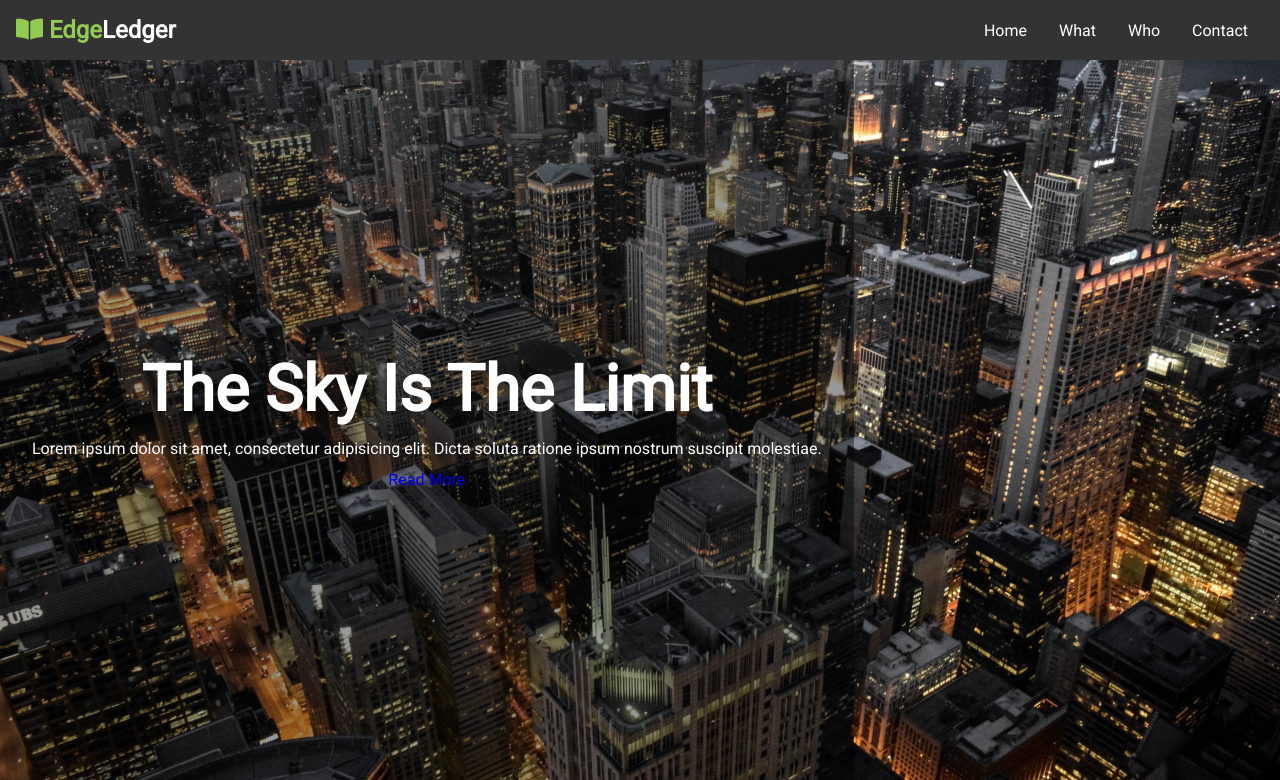
Repository: dimlutine/EdgeLedger
Page: index.html
The author's editor kept a copy of each file at every save. The page is drawn from the files as they stood at one save, then again after the next save.
The browser window is 1280 px wide. The pictures show the whole page.
Some web libraries are served in a nearby version.

Above is the page before, as saved 2019-07-06 18:56:00.

### index.html
<!DOCTYPE html>
<html lang="en">

<head>
    <meta charset="UTF-8">
    <meta name="viewport" content="width=device-width, initial-scale=1.0">
    <meta http-equiv="X-UA-Compatible" content="ie=edge">
    <link rel="stylesheet" href="https://use.fontawesome.com/releases/v5.6.3/css/all.css" integrity="sha384-UHRtZLI+pbxtHCWp1t77Bi1L4ZtiqrqD80Kn4Z8NTSRyMA2Fd33n5dQ8lWUE00s/" crossorigin="anonymous">
    <link rel="stylesheet" media="screen and (max-width: 768px)" href="css/mobile.css">
    <link rel="stylesheet" media="screeb abd (min-width: 1100px)" href="css/widescreen.css">
    <link rel="stylesheet" href="css/style.css">
    <title>EdgeLedger Financial | Accounting & Investment</title>
</head>

<body id="home">
    <!-- Navbar -->
    <nav id="navbar">
        <h1 class="logo">
            <span class="text-primary"><i class="fas fa-book-open"></i> Edge</span>Ledger
        </h1>
        <ul>
            <li><a href="#home">Home</a></li>
            <li><a href="#what">What</a></li>
            <li><a href="#who">Who</a></li>
            <li><a href="#contacts">Contact</a></li>
        </ul>
    </nav>
    <!-- Header: Showcase -->
    <header id="showcase">
        <div class="showcase-content">
            <h1 class="l-heading">
                The Sky Is The Limit
            </h1>
            <p class="lead">Lorem ipsum dolor sit amet, consectetur adipisicing elit. Dicta soluta ratione ipsum nostrum suscipit molestiae.</p>
            <a href="#what" class="btn">Read More</a>
        </div>
    </header>
</body>

</html>

### css/style.css
@import url('https://fonts.googleapis.com/css?family=Roboto&display=swap');
* {
    margin: 0;
    padding: 0;
}

body {
    font-family: 'Roboto', sans-serif;
}

a {
    text-decoration: none;
}

p {
    margin: .75rem 0;
}


/* Utility Classes */

.text-primary {
    color: #93cb52;
}

.l-heading {
    font-size: 4rem;
}


/* Navbar */

#navbar {
    display: flex;
    position: sticky;
    top: 0;
    background: #333;
    color: #fff;
    justify-content: space-between;
    z-index: 1;
    padding: 1rem;
}

#navbar ul {
    display: flex;
    align-items: center;
    list-style: none;
}

#navbar ul li a {
    color: #fff;
    padding: 0.75rem;
    margin: 0 0.25rem;
}

#navbar ul li a:hover {
    background: #93cb52;
    border-radius: 5px;
}


/* Showcase */

#showcase {
    background: #333 url(../img/showcase.jpg) no-repeat center center/cover;
    height: 100vh;
    color: #fff;
}

#showcase .showcase-content {
    height: 100%;
    display: flex;
    flex-direction: column;
    justify-content: center;
    text-align: center;
    align-items: center;
    padding: 0 2rem;
    /* Overlay */
    position: absolute;
    top: 60px;
    left: 0;
    background-color: rgba(0, 0, 0, .4);
}

Loaded but not shown: css/mobile.css (no stored copy; drawn as an empty file); css/widescreen.css (no stored copy; drawn as an empty file)

After the next save:
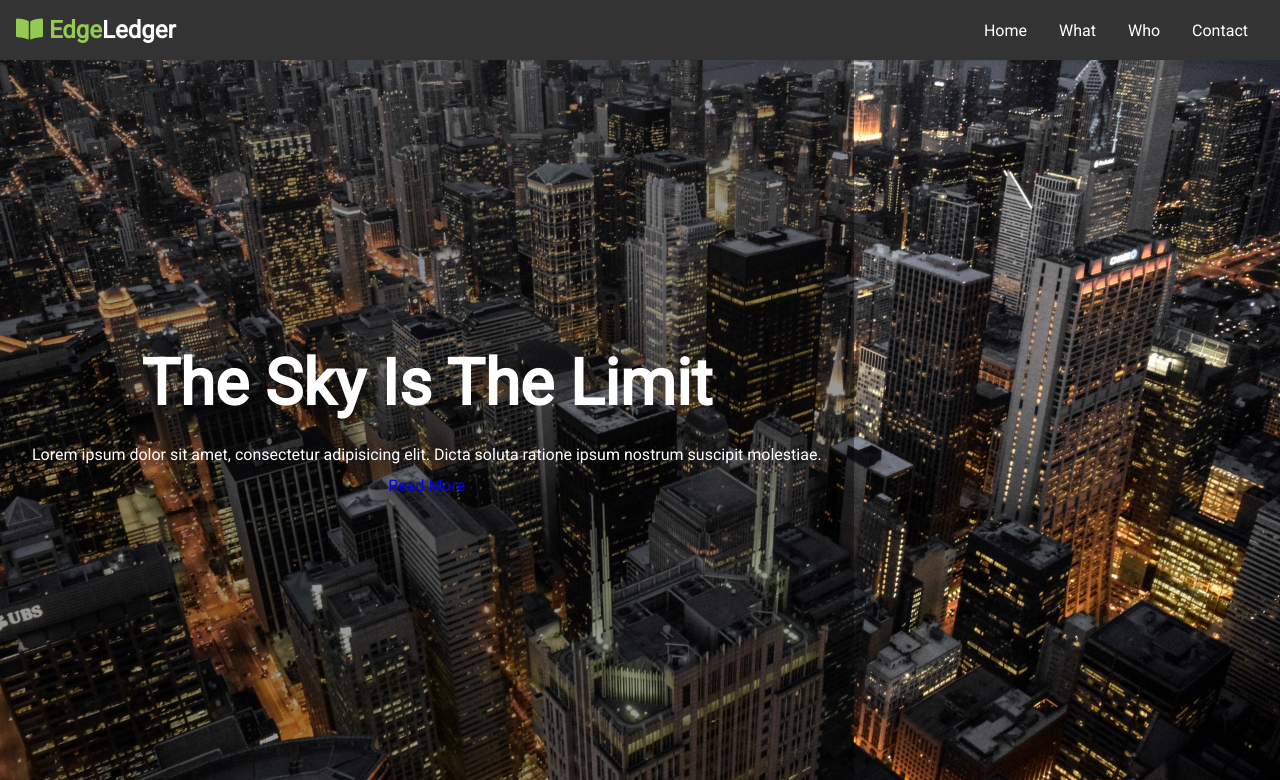
Saved 16 s later.
--- a/css/style.css
+++ b/css/style.css
@@ -25,6 +25,7 @@
 
 .l-heading {
     font-size: 4rem;
+    margin-bottom: 0.75rem;
 }
 
 
